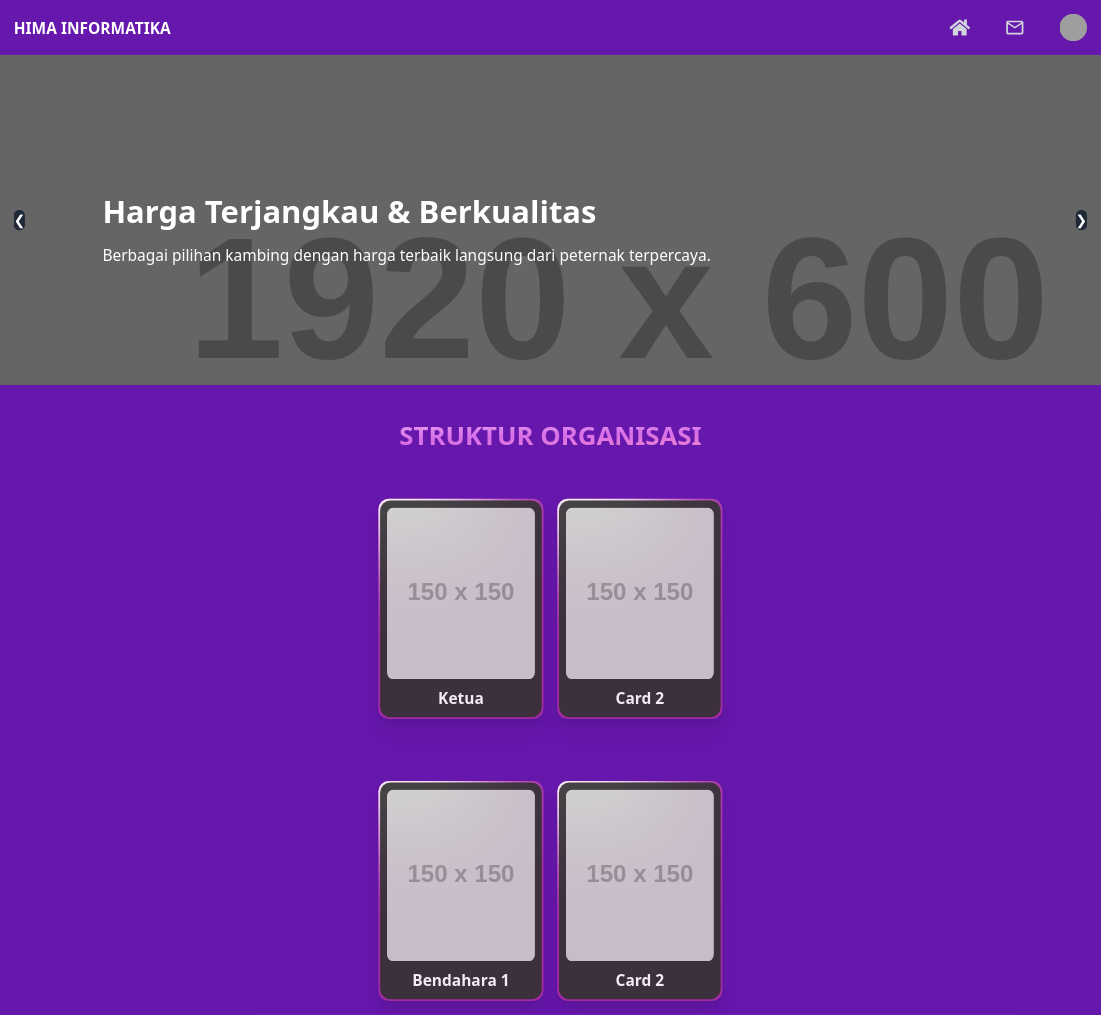
Repository: MUHAMADTEGARWIJAYA/himaif
Page: /
These files come from the project's save history. The page is drawn as it stood at one moment and after the next save; the edit follows.
The browser window is 1280 px wide. The pictures show the whole page, at 86% of full size.
Pictures or frames that could not be fetched are drawn as grey boxes. The project was rebuilt for these pictures with package versions that can differ from the ones it lists, and the page was loaded fresh each time. Also part of the build but not shown: vite.config.js.

Above is the page before, as saved 2024-12-21 13:28:50.

### src/main.jsx
import React from 'react'
import ReactDOM from "react-dom/client"
import './index.css'
import App from './App.jsx'
import { BrowserRouter } from 'react-router-dom'

ReactDOM.createRoot(document.getElementById('root')).render(
  <React.StrictMode>
    <BrowserRouter>
    <App />
    </BrowserRouter>
  </React.StrictMode>
);

### src/index.css
@tailwind base;
@tailwind components;
@tailwind utilities;

body{
    background-color: #8349d4;
}

### src/App.jsx
import { Routes, Route } from "react-router-dom";
import Slider from "./pages/Content";
import LandingPage from "./layout/LandingPageLay";
import Card from "./pages/Members";

export default function App() {
  return (
    <Routes>
      <Route element={<LandingPage />}>
         <Route path="/" element={<Slider   />}/>
         <Route path="/" element={<Card   />}/>
      </Route>
    </Routes>
  );
}

### src/pages/Content.jsx
import { useState, useEffect } from "react";

const Slider = () => {
  const slides = [
    {
      id: 1,
      image: "https://via.placeholder.com/1920x600", // Ganti dengan URL gambar
      title: "Mudah & Transparan! Kambing Langsung dari Peternak",
      description:
        "Akses langsung ke peternak, harga transparan, dan kualitas terjamin. Pilih kambing untuk kebutuhan Anda hanya di sini!, jdsudvudvbduvbdvbdiobvbvsudvds",
    },
    {
      id: 2,
      image: "https://via.placeholder.com/1920x600", // Ganti dengan URL gambar
      title: "Harga Terjangkau & Berkualitas",
      description:
        "Berbagai pilihan kambing dengan harga terbaik langsung dari peternak terpercaya.",
    },
    {
      id: 3,
      image: "https://via.placeholder.com/1920x600", // Ganti dengan URL gambar
      title: "Pesan Sekarang, Nikmati Kemudahan",
      description:
        "Proses cepat, aman, dan terintegrasi untuk kebutuhan kambing Anda.",
    },
  ];

  const [currentIndex, setCurrentIndex] = useState(0);

  useEffect(() => {
    const interval = setInterval(() => {
      setCurrentIndex((prevIndex) =>
        prevIndex === slides.length - 1 ? 0 : prevIndex + 1
      );
    }, 5000); // Ganti dengan waktu delay (ms)
    return () => clearInterval(interval);
  }, [slides.length]);

  const prevSlide = () => {
    setCurrentIndex(currentIndex === 0 ? slides.length - 1 : currentIndex - 1);
  };

  const nextSlide = () => {
    setCurrentIndex((currentIndex + 1) % slides.length);
  };

  return (
    <div className="relative w-full h-96 overflow-hidden">
      <div
        className="flex transition-transform duration-1000"
        style={{ transform: `translateX(-${currentIndex * 100}%)` }}
      >
        {slides.map((slide) => (
          <div
            key={slide.id}
            className="w-full h-[600px] flex-shrink-0 relative"
            style={{
              backgroundImage: `url(${slide.image})`,
              backgroundSize: "cover",
              backgroundPosition: "center",
            }}
          >
            <div className="absolute inset-0 bg-black bg-opacity-50 flex flex-col justify-center mb-48 items-start p-10 text-white">
              <h1 className="text-4xl font-bold mb-4">{slide.title}</h1>
              <p className="text-lg">{slide.description}</p>
            </div>
          </div>
        ))}
      </div>
      <button
        onClick={prevSlide}
        className="absolute top-1/2 left-4 -translate-y-1/2 bg-gray-800 text-white rounded-full"
      >
        &#10094;
      </button>
      <button
        onClick={nextSlide}
        className="absolute top-1/2 right-4 -translate-y-1/2 bg-gray-800 text-white rounded-full"
      >
        &#10095;
      </button>
    </div>
  );
};

export default Slider;

### src/layout/LandingPageLay.jsx
import Navbar from '../pages/Navbar';

import App from "../pages/Members";
import Slider from "../pages/Content";

const LandigPage = () => {
    return (
        <div className='bg-[#6617ac]'>
            <Navbar />
             <Slider />
             <App />
         </div>
    );
};

export default LandigPage;

### src/pages/Members.jsx
import PropTypes from "prop-types";

const Card = ({ title, image }) => {
  return (

    <div className="relative drop-shadow-xl w-48 h-64 overflow-hidden rounded-xl bg-[#a52ba5] transform transition-transform hover:scale-105 hover:rotate-2">
      <div className="absolute inset-0.5 flex flex-col items-center justify-between text-white z-[1] opacity-90 rounded-xl bg-[#323132] p-2">
        <img
          src={image}
          alt={title}
          className="w-full h-52 object-cover rounded-lg"
        />
        <h3 className="text-lg font-semibold mt-2">{title}</h3>
      </div>
      <div className="absolute w-56 h-48 bg-white blur-[50px] -left-1/2 -top-1/2"></div>
    </div>
  );
};

Card.propTypes = {
  title: PropTypes.string.isRequired,
  image: PropTypes.string.isRequired,
};

const App = () => {
  const cards = [
    {
      title: "Ketua",
      image: "https://via.placeholder.com/150",
    },
    {
      title: "Card 2",
      image: "https://via.placeholder.com/150",
    },
  ];

  const Bendahara = [
    {
      title: "Bendahara 1",
      image: "https://via.placeholder.com/150",
    },
    {
      title: "Card 2",
      image: "https://via.placeholder.com/150",
    },
  ];

  return (
    <div className=" ">
       <h1 className="text-3xl font-semibold mt-10 text-center bg-clip-text text-transparent bg-[radial-gradient(ellipse_at_bottom_right,_var(--tw-gradient-stops))] from-[#ff93be] via-[#d76ee7] to-[#f1c7f9]">
        STRUKTUR ORGANISASI
        </h1>
                    {/*Ketua dan wakil  */}
                    <div className="flex flex-wrap justify-center gap-4 mt-10 p-4">
                    {cards.map((card, index) => (
                        <Card key={index} title={card.title} image={card.image} />
                    ))}
                    </div>

                    {/* Bendahara */}
                    <div className="flex flex-wrap justify-center gap-4 mt-10 p-4">
                    {Bendahara.map((card, index) => (
                        <Card key={index} title={card.title} image={card.image} />
                    ))}
                    </div>

    </div>
  );
};

export default App;

### src/pages/Navbar.jsx
import  { useState, useEffect } from "react";
import { FaHome } from "react-icons/fa";
import { MdOutlineEmail } from "react-icons/md";

const Navbar = () => {
  const [isVisible, setIsVisible] = useState(true);

  useEffect(() => {
    const handleScroll = () => {
      // Check scroll position
      if (window.scrollY > 50) {
        setIsVisible(false); // Hide when scrolled down
      } else {
        setIsVisible(true); // Show when at top
      }
    };

    window.addEventListener("scroll", handleScroll);

    // Cleanup event listener on unmount
    return () => {
      window.removeEventListener("scroll", handleScroll);
    };
  }, []);

  return (
    <div className="relative">
      <div
        className={`flex items-center p-4 bg-transparent justify-between space-x-5 text-white transition-transform duration-300 ${
          isVisible ? "translate-y-0" : "-translate-y-full"
        }`}
      >
        {/* Bagian Kiri */}
        <div className="flex items-center">
          <span className="text-lg font-bold">HIMA INFORMATIKA</span>
        </div>

        {/* Bagian Kanan */}
        <div className="flex items-center relative space-x-10">
          <button className="text-gray-300 hover:text-white">
            <FaHome className="w-6 h-6" />
          </button>
          <button className="text-gray-300 hover:text-white">
            <MdOutlineEmail className="w-6 h-6" />
          </button>
          {/* Avatar */}
          <div className="flex items-center">
            <img
              src="image.jpg" // Gunakan default jika avatar kosong
              alt="User Avatar"
              className="w-8 h-8 rounded-full"
            />
          </div>
        </div>
      </div>
    </div>
  );
};

export default Navbar;

Loaded but not shown: index.html (common file); tailwind.config.js (common file)

After the next save:
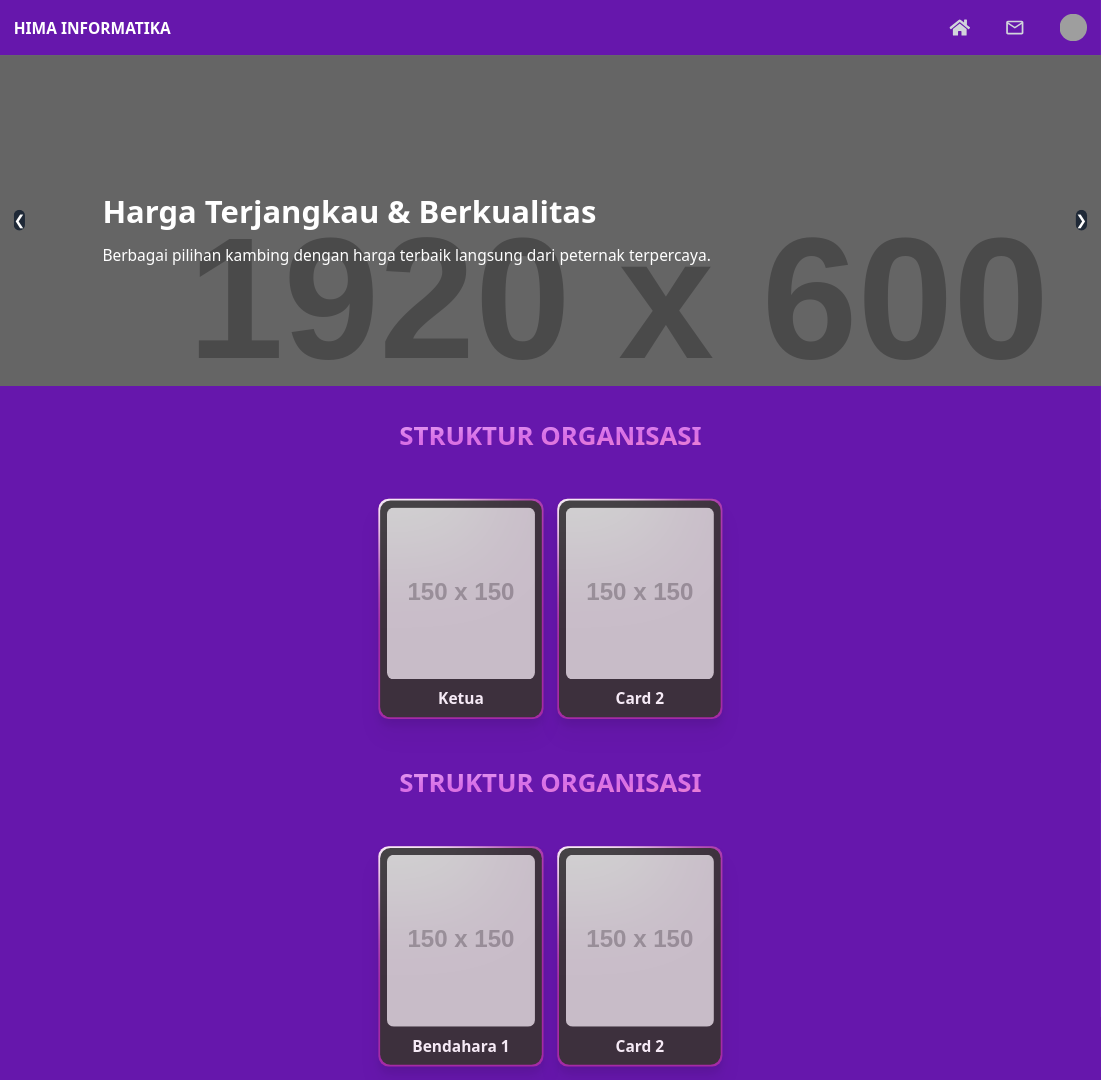
Saved 13 s later.
--- a/src/pages/Members.jsx
+++ b/src/pages/Members.jsx
@@ -58,6 +58,9 @@ const App = () => {
                     </div>
 
                     {/* Bendahara */}
+                    <h1 className="text-3xl font-semibold mt-10 text-center bg-clip-text text-transparent bg-[radial-gradient(ellipse_at_bottom_right,_var(--tw-gradient-stops))] from-[#ff93be] via-[#d76ee7] to-[#f1c7f9]">
+        STRUKTUR ORGANISASI
+        </h1>
                     <div className="flex flex-wrap justify-center gap-4 mt-10 p-4">
                     {Bendahara.map((card, index) => (
                         <Card key={index} title={card.title} image={card.image} />
